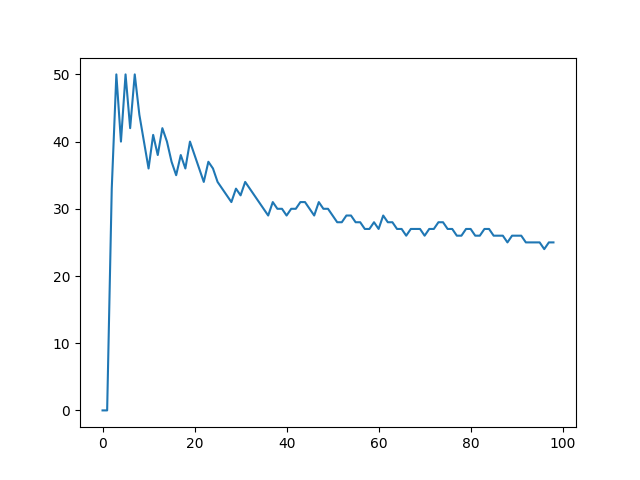
Repository: Vorztek/Data
Script's output: python Exercices_Python/Old_project/Maths_and_algorithms/Première_série_exo/génération_nombre_premiers.py
The author's editor kept a copy of each file at every save. The script's output is drawn from the files as they stood at one save, then again after the next save.
Random numbers start from a fixed seed.

Above is the script's output before, as saved 2021-07-28 13:45:40.

After the next save:
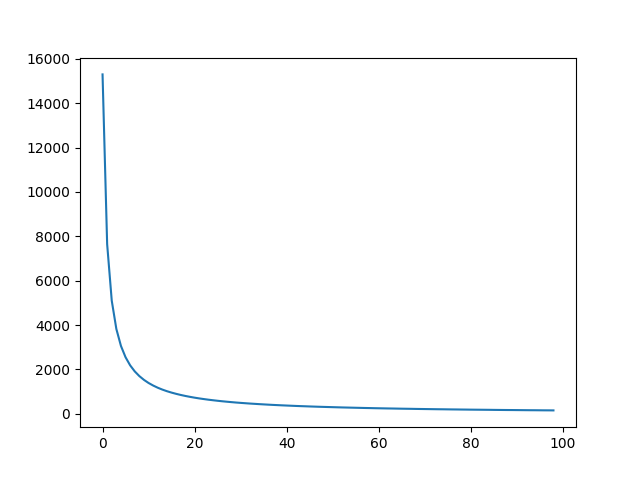
Saved 24 s later.
--- a/Exercices_Python/Old_project/Maths_and_algorithms/Première_série_exo/génération_nombre_premiers.py
+++ b/Exercices_Python/Old_project/Maths_and_algorithms/Première_série_exo/génération_nombre_premiers.py
@@ -13,7 +13,7 @@ def is_prime(p):
 def number_of_prime(n):
     compte = 0
     # Pour chaque élement compris dans la liste de chaque élement de l'intervalle
-    for i in range(n):
+    for i in range(50, 1000):
         if is_prime(i) is True:
             compte += 1
     # Print("Entre 1 et {} il y a {} nombres premier".format(valeur, compte))
